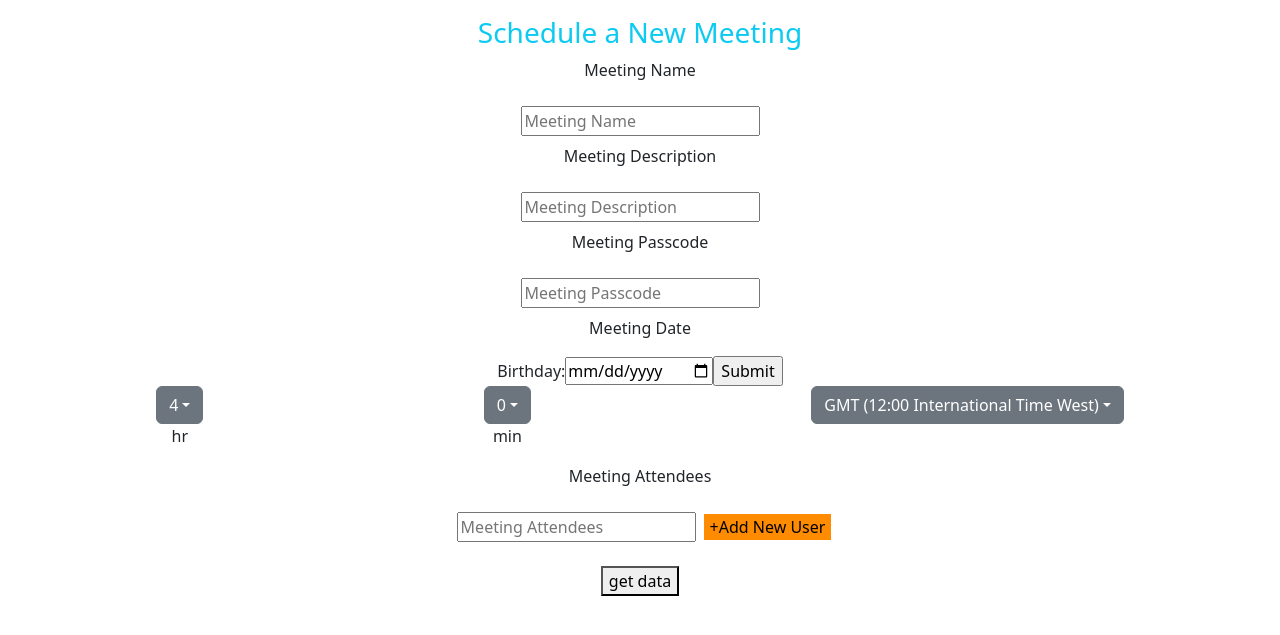
Repository: sreech465/myexam
Page: /smeet
These files come from the project's save history. The page is drawn as it stood at one moment and after the next save; the edit follows.
The browser window is 1280 px wide. The pictures show the whole page.
The project was rebuilt for these pictures with package versions that can differ from the ones it lists, and the page was loaded fresh each time. Also part of the build but not shown: src/Details.js, src/Jmeet.js, src/Joinmeet.js.

Above is the page before, as saved 2023-01-14 17:04:43.

After the next save:
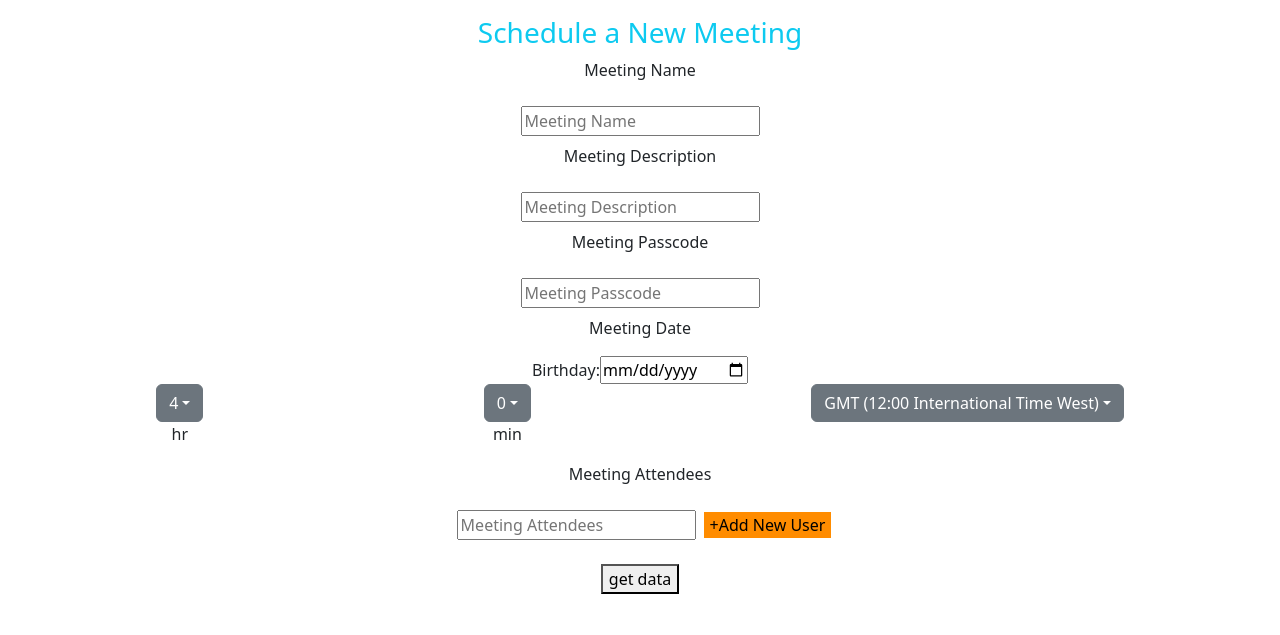
Saved 33 s later.
--- a/src/Smeet.js
+++ b/src/Smeet.js
@@ -69,7 +69,6 @@ const Smeet = () => {
         <p>Meeting Date</p>
         <label for="birthday">Birthday:</label>
         <input type="date" id="birthday" name="birthday" />
-        <input type="submit"></input>
         <div style={{ display: "flex", justifyContent: "space-around" }}>
           <div class="dropdown">
             <button
